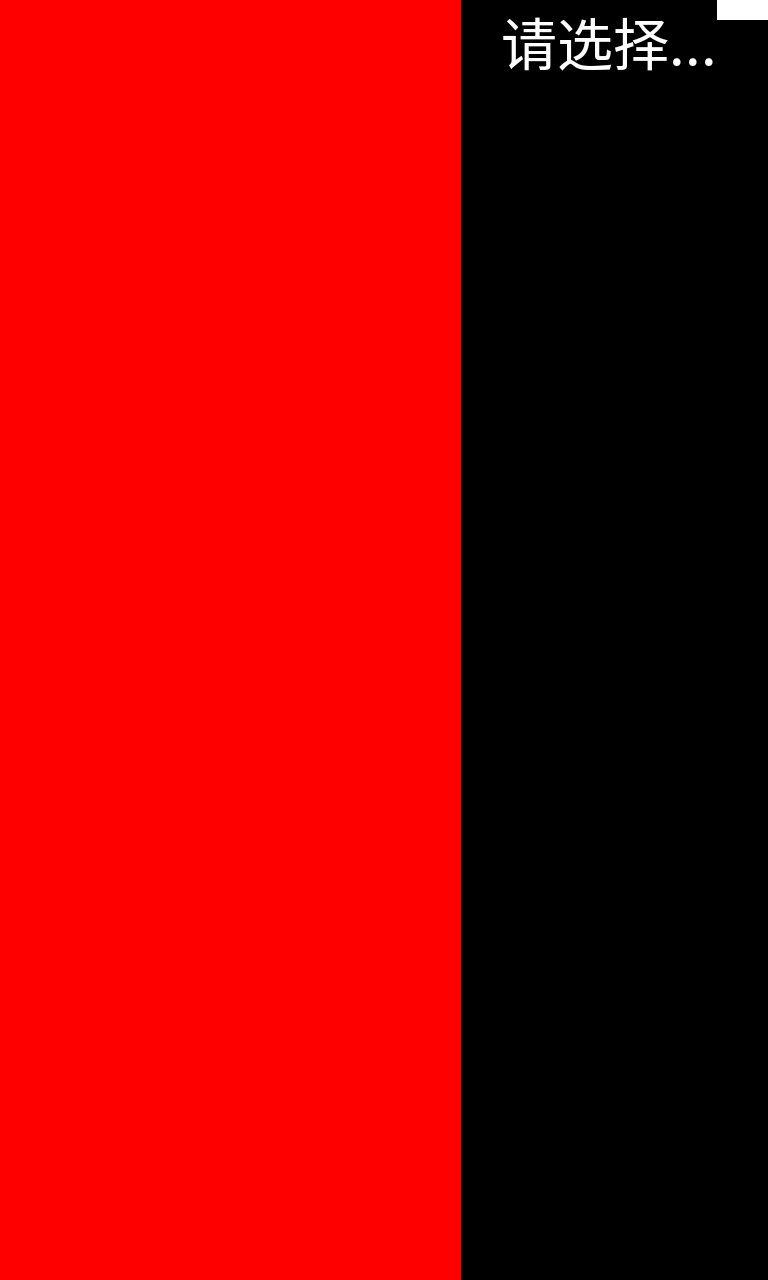
Repository: hhxiaojQCS/QCS_ListView
Layout: QCS/res/layout/activity_filter.xml
The author's editor kept a copy of each file at every save. The layout is drawn from the files as they stood at one save, then again after the next save.
It is drawn on a 768 x 1280 px phone screen (xhdpi) without system bars, with theme AppTheme; the app's code is not run. Lists and similar views that code fills are empty.

Above is the layout before, as saved 2013-08-07 08:06:13.

### QCS/res/layout/activity_filter.xml
<?xml version="1.0" encoding="utf-8"?>
<LinearLayout xmlns:android="http://schemas.android.com/apk/res/android"
    android:id="@+id/lilay01"
    android:layout_width="fill_parent"
    android:layout_height="fill_parent"
    android:background="#000000"
    android:orientation="horizontal" >

    <LinearLayout
        android:id="@+id/lilay_filter_01"
        android:layout_width="match_parent"
        android:layout_height="match_parent"
        android:layout_weight="4"
        android:background="#FF0000"
        android:orientation="vertical" >
    </LinearLayout>

    <LinearLayout
        android:id="@+id/lilay_filter_02"
        android:layout_width="match_parent"
        android:layout_height="match_parent"
        android:layout_weight="6"
        android:orientation="vertical" >

        <LinearLayout
            android:layout_width="match_parent"
            android:layout_height="100dp"
            android:background="#000000"
            android:gravity="left"
            android:orientation="horizontal"
            android:paddingLeft="20dip" >

            <TextView
                android:id="@+id/tv_01"
                android:layout_width="wrap_content"
                android:layout_height="wrap_content"
                android:text="请选择..."
                android:textColor="#FFFFFF"
                android:textSize="28sp" />

            <View
                android:layout_width="match_parent"
                android:layout_height="10dp"
                android:background="#FFFFFF" />
        </LinearLayout>

        <ListView
            android:id="@+id/lv01"
            android:layout_width="wrap_content"
            android:layout_height="wrap_content" />
    </LinearLayout>

</LinearLayout>

Loaded but not shown: QCS/res/values/styles.xml (common file); QCS/res/values-v11/styles.xml (common file); QCS/res/values-v14/styles.xml (common file)

After the next save:
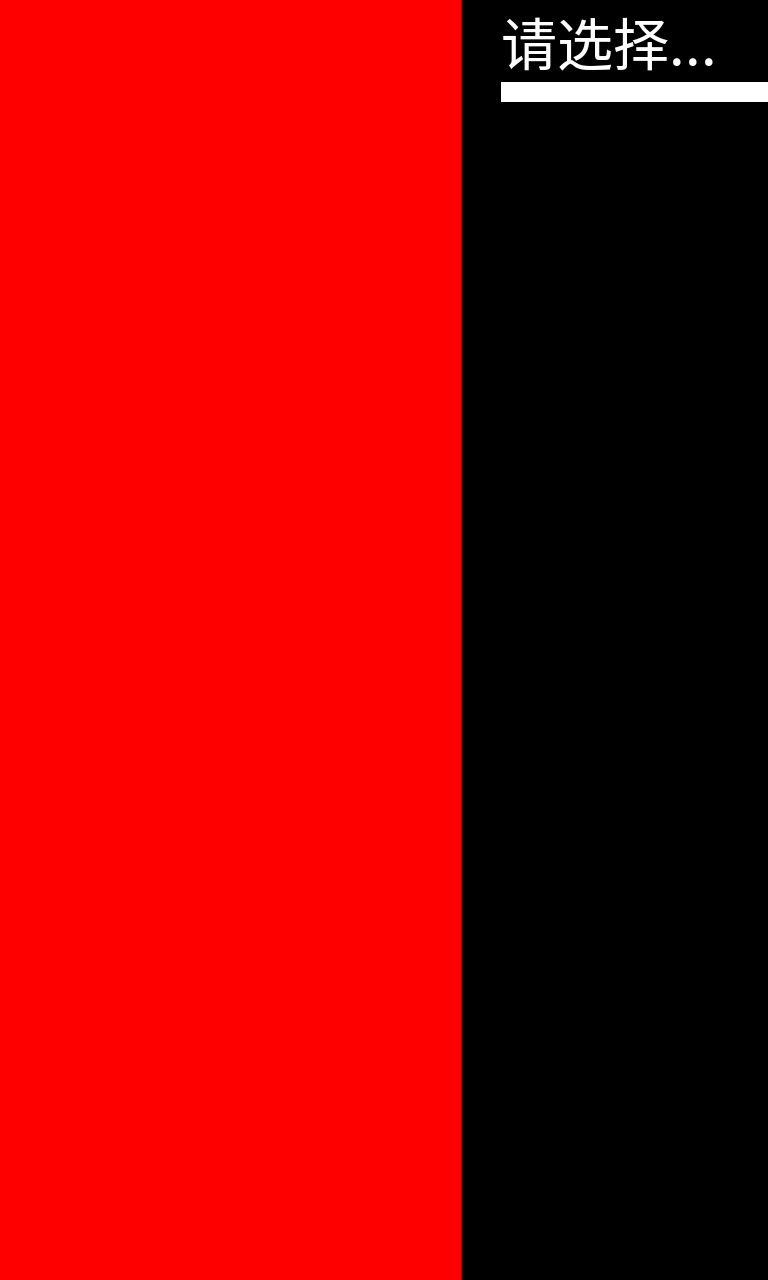
Saved 5 s later.
--- a/QCS/res/layout/activity_filter.xml
+++ b/QCS/res/layout/activity_filter.xml
@@ -27,7 +27,7 @@
             android:layout_height="100dp"
             android:background="#000000"
             android:gravity="left"
-            android:orientation="horizontal"
+            android:orientation="vertical"
             android:paddingLeft="20dip" >
 
             <TextView
